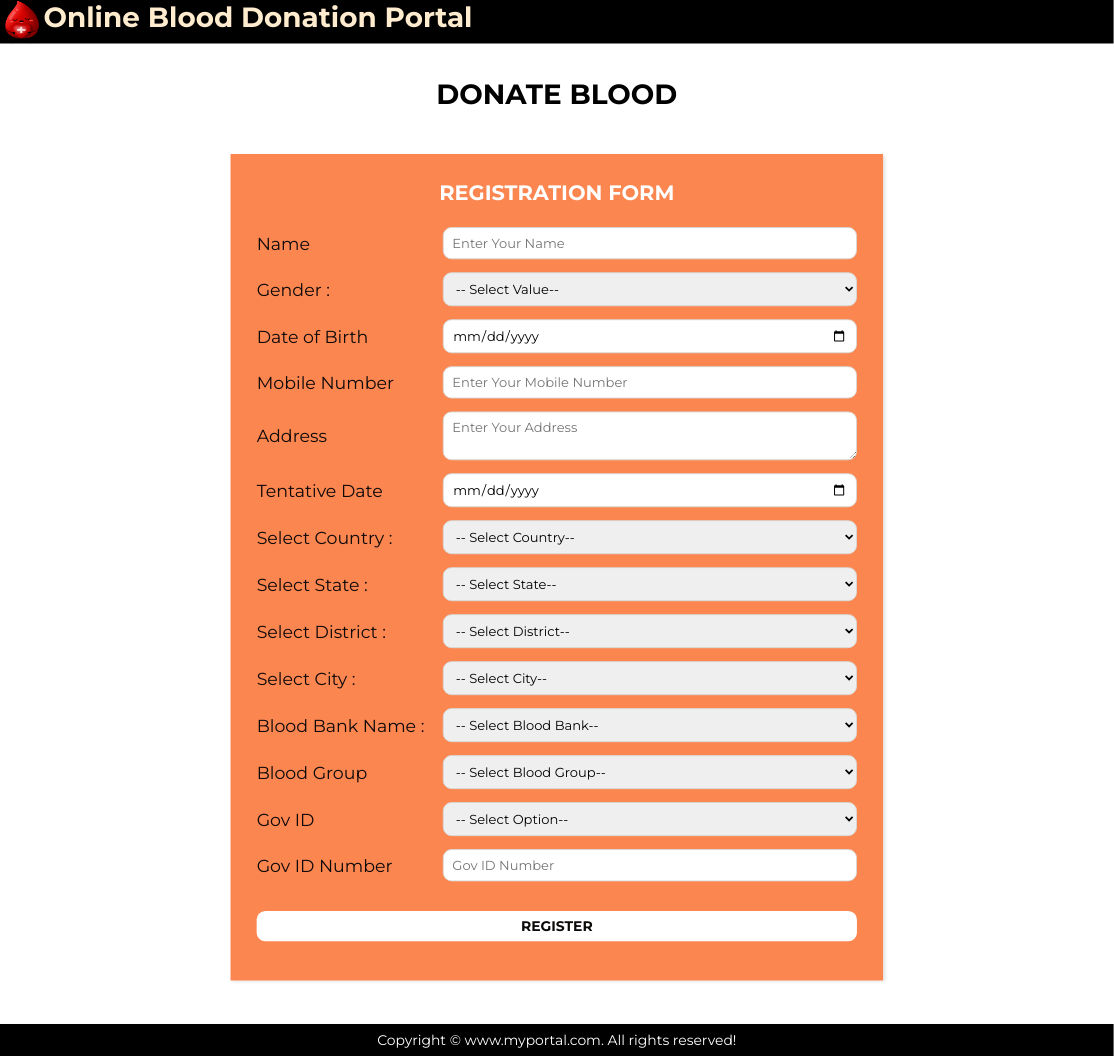
Repository: aditaya-burnwal/blood_donation_portal
Page: Donate Blood/donateblood.html
An editor plug-in stored every save of this project. The page is shown before and after a run of saves, followed by the edit.
The browser window is 1280 px wide. The pictures show the whole page, at 87% of full size.

Above is the page before, as saved 2021-05-16 14:07:48.

### Donate Blood/donateblood.html
<!DOCTYPE html>
<html lang="en">

<head>
    <meta charset="UTF-8">
    <meta http-equiv="X-UA-Compatible" content="IE=edge">
    <meta name="viewport" content="width=device-width, initial-scale=1.0">
    <link rel="icon" href="/Logo1.png">
    <link rel="stylesheet" href="donateblood.css">
    <title>Donate Blood</title>
</head>

<body>
    <div class="header">
        <img src="/Logo1.png" height="50px" width="50px">
        <h1 id="title">Online Blood Donation Portal</h1>
    </div>
    <br>
    <br>
    <h1 align="center">DONATE BLOOD</h1>
    <div class="wrapper">
        <div class="title">
            Registration Form
        </div>

        <div class="form">
            <div class="inputfield">
                <label>Name</label>
                <input type="text" name="name" placeholder="Enter Your Name" class="input" required>
            </div>

            <div class="inputfield">
                <label>Gender :</label>
                <select class="input" required>
                    <option value="">-- Select Value--</option>
                    <option value="Male">Male</option>
                    <option value="Female">Female</option>
                    <option value="Others">Others</option>
                </select>
            </div>

            <div class="inputfield">
                <label>Date of Birth</label>
                <input type="date" name="date" class="input">
            </div>

            <div class="inputfield">
                <label>Mobile Number</label>
                <input type="number" name="mobile" placeholder="Enter Your Mobile Number" class="input">
            </div>

            <div class="inputfield">
                <label>Address</label>
                <textarea name="address" placeholder="Enter Your Address" class="input"></textarea>
            </div>

            <div class="inputfield">
                <label>Tentative Date</label>
                <input type="date" name="tendate" class="input">
            </div>


            <div class="inputfield">
                <label>Select Country :</label>
                <select class="input">
                    <option value="">-- Select Country--</option>
                    <option value="India">India</option>
                    <option value="USA">USA</option>
                </select>
            </div>

            <div class="inputfield">
                <label>Select State :</label>
                <select class="input">
                    <option value="">-- Select State--</option>
                    <optgroup label="India">
                        <option value="Bihar">Bihar</option>
                        <option value="Delhi">Delhi</option>
                        <option value="Jharkhand">Jharkhand</option>
                        <option value="West Bengal">West Bengal</option>
                    </optgroup>
                    <optgroup label="USA">
                        <option value="New Mexico">New Mexico</option>
                        <option value="Texas">Texas</option>
                        <option value="Washington">Washington</option>
                    </optgroup>
                </select>
            </div>
            <div class="inputfield">
                <label>Select District :</label>
                <select class="input">
                    <option value="">-- Select District--</option>
                    <optgroup label="India">
                        <optgroup label="Bihar">
                            <option value="Bhagalpur">Bhagalpur</option>
                            <option value="Patna">Patna</option>
                        </optgroup>
                        <optgroup label="Jharkhand">
                            <option value="Deoghar">Deoghar</option>
                            <option value="Dhanbad">Dhanbad</option>
                        </optgroup>
                        <optgroup label="Delhi">
                        <option value="New Delhi">New Delhi</option>
                    </optgroup>
                    <optgroup label="West Bengal">
                        <option value="Howrah">Howrah</option>
                        <option value="Kolkata">Kolkata</option>
                        <option value="North 24 Parganas">North 24 Parganas</option>
                    </optgroup>
                </optgroup>
                    <optgroup label="USA">
                        <option value="New Mexico">New Mexico</option>
                        <option value="Texas">Texas</option>
                        <option value="Washington">Washington</option>
                    </optgroup>
                </select>
            </div>
            <div class="inputfield">
                <label>Select City : </label>
                <select class="input">
                    <option value="">-- Select City--</option>
                    <optgroup label="Bhagalpur">
                        <option value="Bhagalpur">Bhagalpur</option>
                        <option value="Sultanganj">Sultanganj</option>
                    </optgroup>
                    <optgroup label="Patna">
                        <option value="Danapur">Danapur</option>
                        <option value="Patna">Patna</option>
                    </optgroup>
                    <optgroup label="Deoghar">
                        <option value="Deoghar">Deoghar</option>
                        <option value="Madhupur">Madhupur</option>
                    </optgroup>
                    <optgroup label="Dhanbad">
                        <option value="Dhanbad">Dhanbad</option>
                    </optgroup>
                    <optgroup label="Delhi">
                        <option value="Firozabad">Firozabad</option>
                        <option value="New Delhi">New Delhi</option>
                    </optgroup>
                    <optgroup label="West Bengal">
                        <option value="Howrah">Howrah</option>
                        <option value="Kolkata">Kolkata</option>
                        <option value="Salt Lake City">Salt Lake City</option>
                    </optgroup>
                    <optgroup label="USA">
                        <option value="Brownsville">Brownsville</option>
                        <option value="Chicago">Chicago</option>
                        <option value="Las Cruces">Las Cruces</option>
                        <option value="New York City">New York City</option>
                        <option value="Seattle">Seattle</option>
                    </optgroup>
                </select>
            </div>

            <div class="inputfield">
                <label>Blood Bank Name : </label>
                <select class="input">
                    <option value="">-- Select Blood Bank--</option>
                    <optgroup label="Bhagalpur">
                        <option value="JLNMCHB">Blood Bank JLNMCH Bhagalpur</option>
                    </optgroup>
                    <optgroup label="Patna">
                        <option value="PMCH">Bihar State Blood Bank, PMCH, Patna</option>
                        <option value="IGIMSP">Blood Bank IGIMS Patna</option>
                        <option value="NMCH">Blood Bank NMCH Patna</option>
                    </optgroup>
                    <optgroup label="Deoghar">
                        <option value="SadarHosDeo">Blood Bank, Sadar Hospital, Deoghar</option>
                    </optgroup>
                    <optgroup label="Dhanbad">
                        <option value="PMCHS">Blood Bank, PMCHS, Dhanbad</option>
                        <option value="CHBB">Central Hospital Blood Bank</option>
                    </optgroup>
                    <optgroup label="Delhi">
                        <option value="KGH">Blood Bank, Kasturba Gandhi Hospital</option>
                        <option value="NRCH">Blood Bank, NRCH</option>
                        <option value="IRCNH">Indian Red Cross NH Blood Bank</option>
                    </optgroup>
                    <optgroup label="West Bengal">
                        <option value="BDHBB">Barasat District Hospital Blood Bank</option>
                        <option value="CMCH">Calcutta Medical College and Hospital</option>
                        <option value="NRSMCH">N.R.S Medical College and Hospital</option>

                    </optgroup>
                    <optgroup label="USA">
                        <option value="AABB">American Association of Blood Banks</option>
                        <option value="Alphacord">Alphacord</option>
                        <option value="ARCS">American Red Cross Services</option>
                        <option value="GCRBC">Gulf Coast Regional Blood Center</option>
                        <option value="Vitalant">Vitalant</option>
                    </optgroup>
                </select>
            </div>

            <div class="inputfield">
                <label>Blood Group</label>

                <select class="input" name="blgr">
                    <option value="">-- Select Blood Group--</option>
                    <option value="A +ve">A +ve</option>
                    <option value="A -ve">A -ve</option>
                    <option value="B +ve">B +ve</option>
                    <option value="B -ve">B -ve</option>
                    <option value="AB +ve">AB +ve</option>
                    <option value="AB -ve">AB -ve</option>
                    <option value="O +ve">O +ve</option>
                    <option value="O -ve">O -ve</option>
                </select>
            </div>

            <div class="inputfield">
                <label>Gov ID</label>

                <select class="input" name="GovId">
                    <option value="">-- Select Option--</option>
                    <option value="Aadhaar">Aadhaar Number</option>
                    <option value="DL">Driving License</option>
                    <option value="GovtIdent">Govt Authority Identifier</option>
                    <option value="PAN">PAN</option>
                    <option value="passport">Passport Number</option>
                    <option value="VoterId">Voter Id</option>
                </select>
            </div>

            <div class="inputfield">
                <label>Gov ID Number</label>
                <input type="number" name="GovIdNo" placeholder="Gov ID Number" class="input">
            </div>

            <br>

            <div class="inputfield">
                <a href="/this" class="submit">Register</a>
                <!-- <button type="submit" class="submit-btn">Log In</button> -->
            </div>
        </div>

    </div>


    <!-- <section>
        <marquee>
            Warning: Do not pay any amount to a person promising supply of blood packets or arranging donors.
            We don't collect money for any services provided.
        </marquee>
    </section> -->

    <footer>
        <div class="center">
            Copyright &copy; www.myportal.com. All rights reserved!
        </div>
    </footer>

</body>
<!--
<script>
    var stateObject = {
    "India": { "Delhi": ["new Delhi", "North Delhi"],
    "Kerala": ["Thiruvananthapuram", "Palakkad"],
    "Goa": ["North Goa", "South Goa"],
    },
    "Australia": {
    "South Australia": ["Dunstan", "Mitchell"],
    "Victoria": ["Altona", "Euroa"]
    }, "Canada": {
    "Alberta": ["Acadia", "Bighorn"],
    "Columbia": ["Washington", ""]
    },
    }
    window.onload = function () {
    var countySel = document.getElementById("countySel"),
    stateSel = document.getElementById("stateSel"),
    districtSel = document.getElementById("districtSel");
    for (var country in stateObject) {
    countySel.options[countySel.options.length] = new Option(country, country);
    }
    countySel.onchange = function () {
    stateSel.length = 1; // remove all options bar first
    districtSel.length = 1; // remove all options bar first
    if (this.selectedIndex < 1) return; // done
    for (var state in stateObject[this.value]) {
    stateSel.options[stateSel.options.length] = new Option(state, state);
    }
    }
    countySel.onchange(); // reset in case page is reloaded
    stateSel.onchange = function () {
    districtSel.length = 1; // remove all options bar first
    if (this.selectedIndex < 1) return; // done
    var district = stateObject[countySel.value][this.value];
    for (var i = 0; i < district.length; i++) {
    districtSel.options[districtSel.options.length] = new Option(district[i], district[i]);
    }
    }
    }
    </script> -->

</html>

### Donate Blood/donateblood.css
/* *{
    margin:0;
    padding:0;
    font-family: sans-serif;
}

#header{
    display: inline-flex;
    flex-direction: row;
    height: 50%;
    justify-content: center;
    text-align: center;
    font-family: 'Bree Serif', serif;
}
.donation-form-box{
    width: 480px;
    height: 480px;
    align-items: center;
    position: relative;
    margin: 6% auto;
    background: rgb(255, 82, 29);
    padding: 5px;
    overflow: hidden;
}

.input-group{
    align-items:center;
} */

@import url('https://fonts.googleapis.com/css?family=Montserrat:400,700&display=swap');

*{
  margin: 0;
  padding: 0;
  box-sizing: border-box;
  font-family: 'Montserrat', sans-serif;
}

html{
  scroll-behavior: smooth;
}

.wrapper{
  max-width: 750px;
  width: 100%;
  background: rgb(252, 134, 80);
  margin: 50px auto;
  box-shadow: 2px 2px 4px rgba(0,0,0,0.125);
  padding: 30px;
}

.wrapper .title{
  font-size: 24px;
  font-weight: 700;
  margin-bottom: 25px;
  color: #fff;
  text-transform: uppercase;
  text-align: center;
}

.wrapper .form{
  width: 100%;

}

.wrapper .form .inputfield{
  margin-bottom: 15px;
  display:flex;
  align-items: center;
}

.wrapper .form .inputfield label{
  width: 300px;
  color: #0e0a0a;
  margin-right: 10px;
  font-size: 20px;
  font-weight:500;
}

.wrapper .form .inputfield .input{
  width: 100%;
  outline: none;
  border: 1px solid #d5dbd9;
  font-size: 15px;
  padding: 8px 10px;
  border-radius: 10px;
}
.submit{
  width: 100%;
  text-transform: uppercase;
  text-decoration: none;
  font-weight:1000;
  text-align: center;
  color: #0e0a0a;
  background-color: white;
  padding: 8px 10px;
  border-radius: 10px;
}


.wrapper .form .inputfield .input:focus
{
  border: 1px solid #fe4d07;
}


.wrapper .form .inputfield .btn{
  width: 100%;
   padding: 8px 10px;
  font-size: 15px;
  border: 0px;
  background:  #f5d93d;
  color: rgb(7, 7, 7);
  cursor: pointer;
  border-radius: 3px;
  outline:none;
}



@media (max-width:420px) {
  .wrapper .form .inputfield{
    flex-direction: column;
    align-items: flex-start;
  }
  .wrapper .form .inputfield label{
    margin-bottom: 5px;
  }

}

.header{
    height: 50px;
    width: 100%;
    display: flex;
    background: black;
    flex-direction: row;
}

#title{
    color: blanchedalmond;

    margin-right: 20px;
}

footer{
  background: black;
  color: white;
  padding: 9px 20px;
}

.center{
  text-align: center;
}

After the next 3 saves:
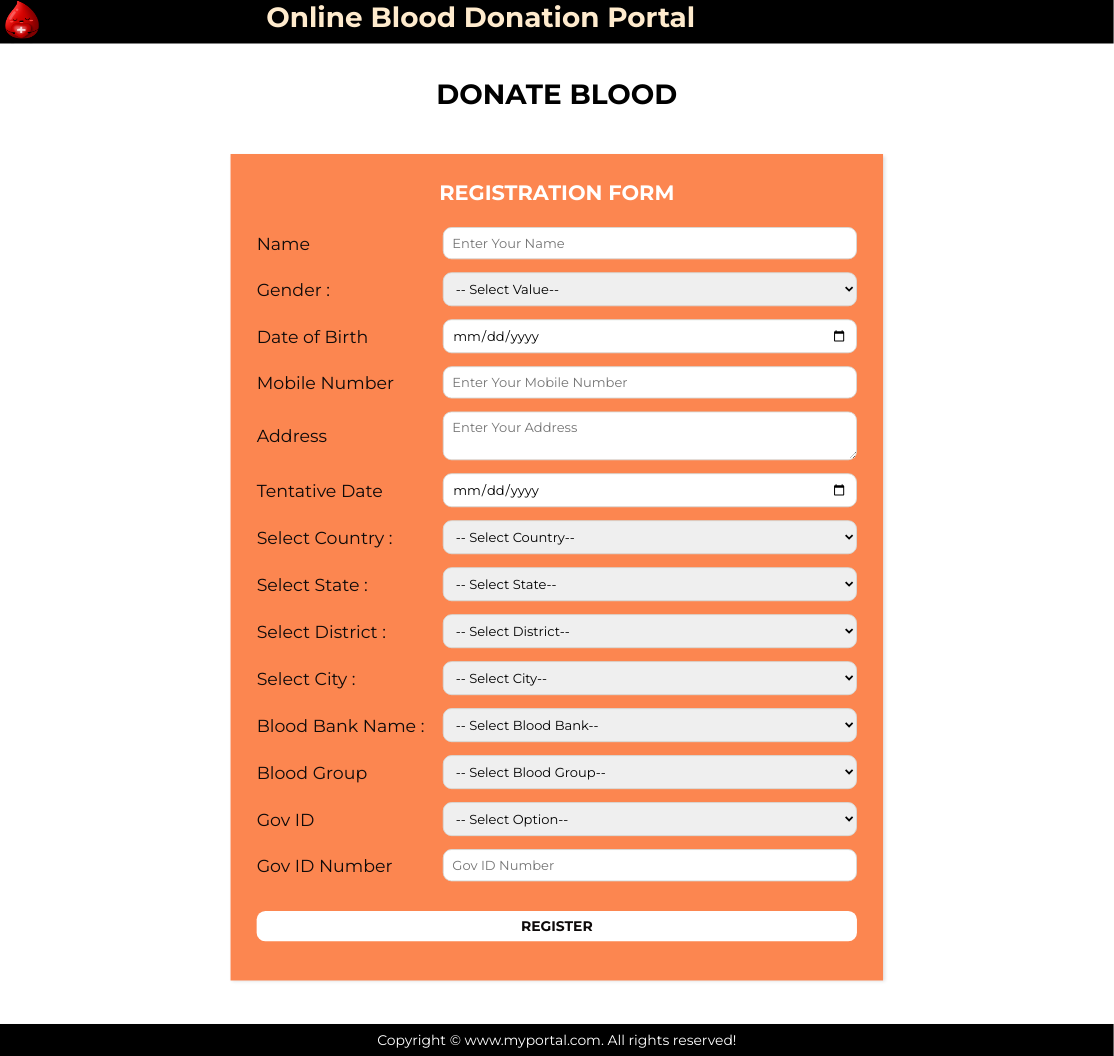
The 3 saves are shown as one change because they came seconds apart.
The last was saved 11 s later.
--- a/Donate Blood/donateblood.css
+++ b/Donate Blood/donateblood.css
@@ -139,7 +139,7 @@ html{
 
 #title{
     color: blanchedalmond;
-
+    margin-left: 20%;
     margin-right: 20px;
 }
 
